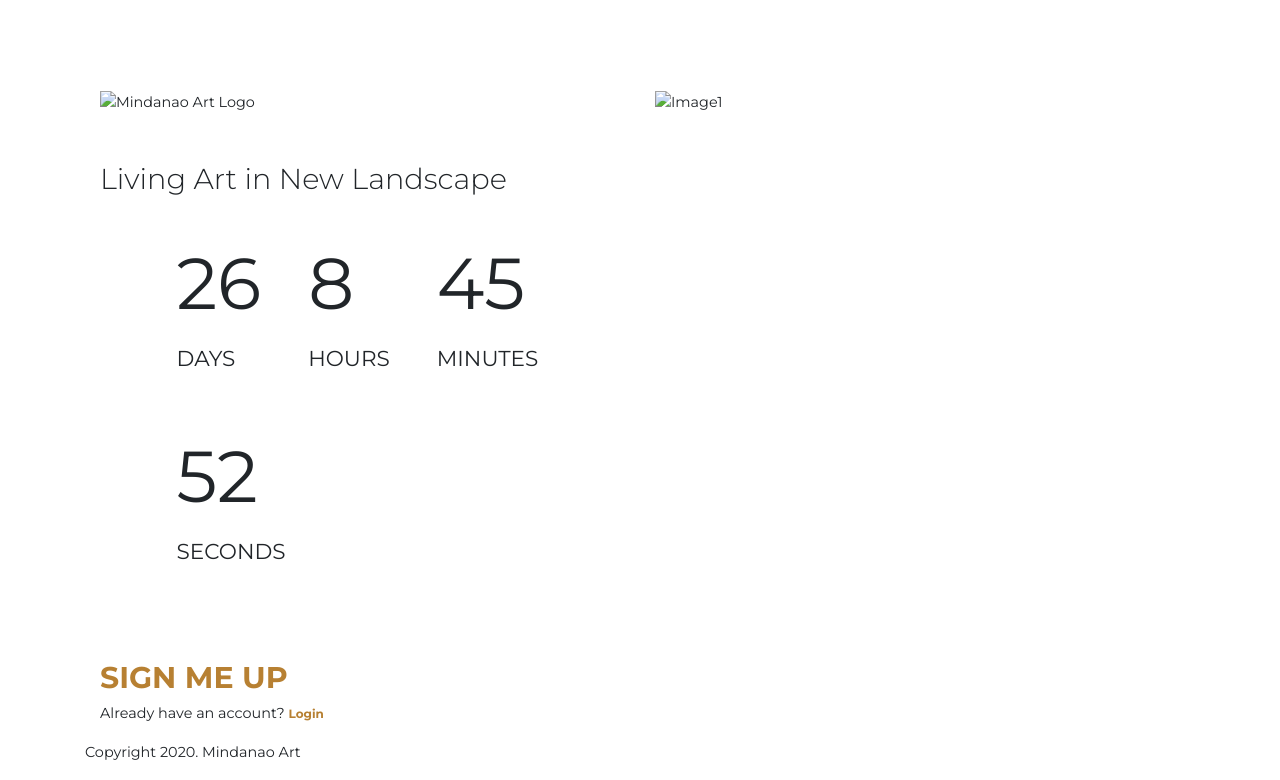
Repository: KleKlai/project-exodus
Page: http://localhost/
An editor plug-in stored every save of this project. The page is shown before and after the next save, followed by the edit.
The browser window is 1280 px wide. The pictures show the whole page.
The page is served by the project's Laravel application, run on PHP 8.4 with Laravel 8.

Above is the page before, as saved 2020-10-02 18:50:54.

After the next save:
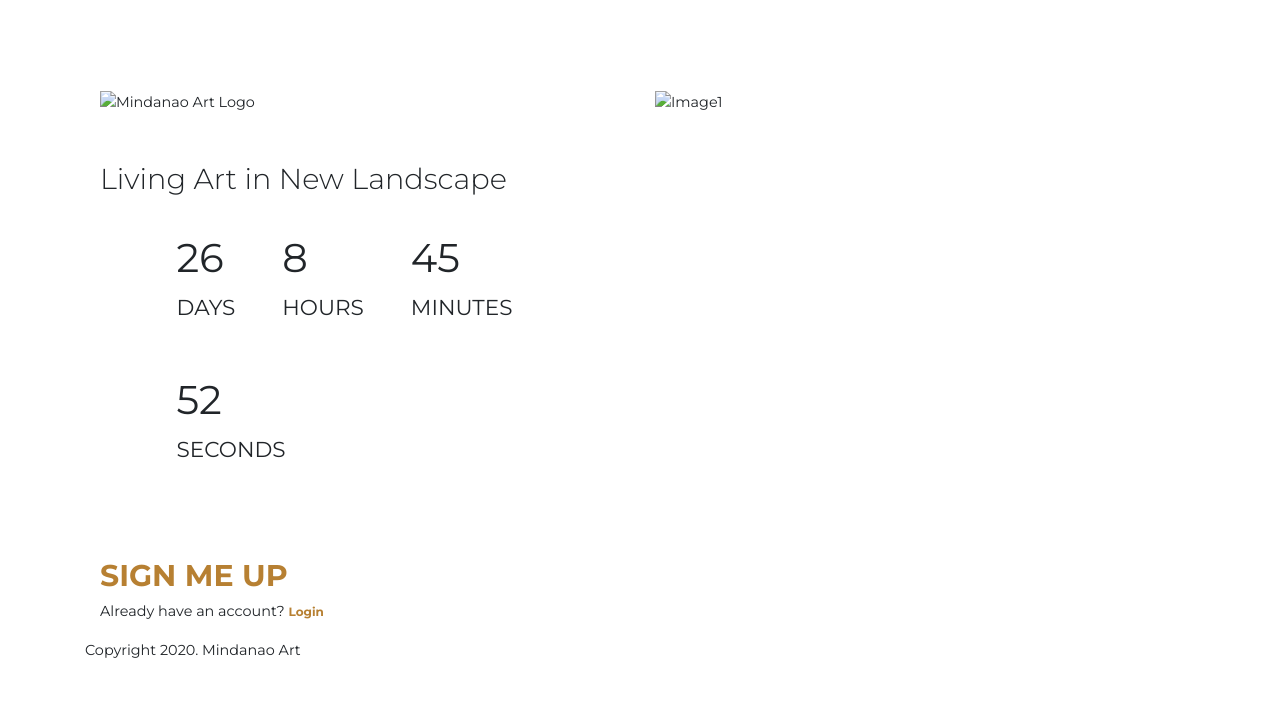
Saved 109 s later.
--- a/resources/views/welcome.blade.php
+++ b/resources/views/welcome.blade.php
@@ -103,7 +103,7 @@
 
             li span {
                 display: block;
-                font-size: 4.5rem;
+                font-size: 2.5rem;
             }
 
             .message {
